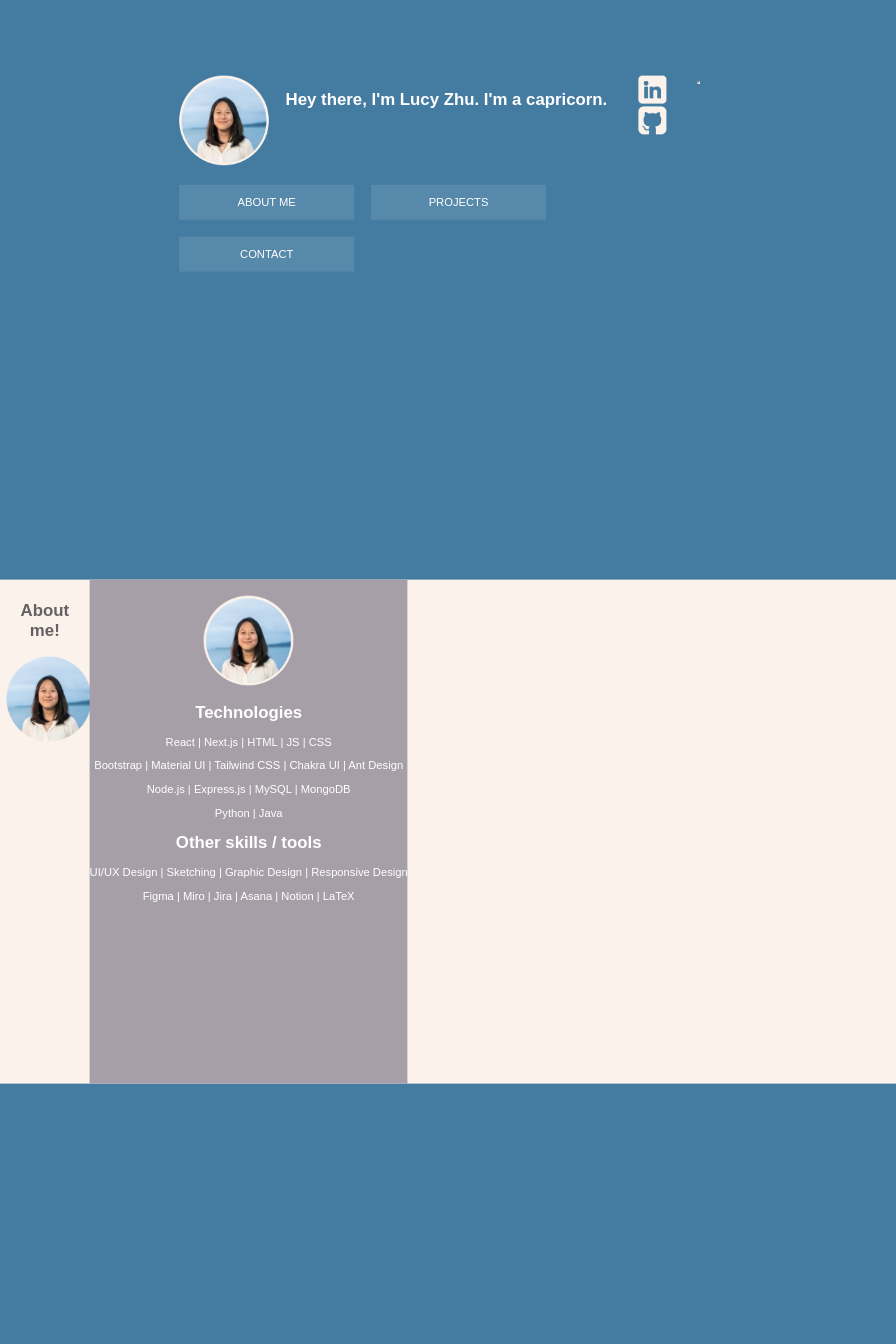
Repository: lukisoo/lukisoo-portfolio
Page: /
These files come from the project's save history. The page is drawn as it stood at one moment and after the next save; the edit follows.
The browser window is 1280 px wide. The pictures show the part of the page from y = 0 to 1920 px (the page is 2988 px tall), at 70% of full size.
The project was rebuilt for these pictures with package versions that can differ from the ones it lists, and the page was loaded fresh each time.

Above is the page before, as saved 2022-07-31 07:05:58.

### public/index.html
<!DOCTYPE html>
<html lang="en">
  <head>
    <meta charset="utf-8" />
    <link rel="icon" href="%PUBLIC_URL%/favicon.ico" />
    <meta name="viewport" content="width=device-width, initial-scale=1" />
    <meta name="theme-color" content="#000000" />
    <meta
      name="description"
      content="Web site created using create-react-app"
    />
    <link rel="apple-touch-icon" href="%PUBLIC_URL%/logo192.png" />
    <!--
      manifest.json provides metadata used when your web app is installed on a
      user's mobile device or desktop. See https://developers.google.com/web/fundamentals/web-app-manifest/
    -->
    <link rel="manifest" href="%PUBLIC_URL%/manifest.json" />
    <!--
      Notice the use of %PUBLIC_URL% in the tags above.
      It will be replaced with the URL of the `public` folder during the build.
      Only files inside the `public` folder can be referenced from the HTML.

      Unlike "/favicon.ico" or "favicon.ico", "%PUBLIC_URL%/favicon.ico" will
      work correctly both with client-side routing and a non-root public URL.
      Learn how to configure a non-root public URL by running `npm run build`.
    -->
    <title>Lucy Zhu's Portfolio</title>
  </head>
  <body>
    <noscript>You need to enable JavaScript to run this app.</noscript>
    <div id="root"></div>
    <!--
      This HTML file is a template.
      If you open it directly in the browser, you will see an empty page.

      You can add webfonts, meta tags, or analytics to this file.
      The build step will place the bundled scripts into the <body> tag.

      To begin the development, run `npm start` or `yarn start`.
      To create a production bundle, use `npm run build` or `yarn build`.
    -->
  </body>
</html>

### src/index.js
import React from "react";
import {
  BrowserRouter as Router,
  Route,
  BrowserRouter,
} from "react-router-dom";
import ReactDOM from "react-dom/client";
import "./index.css";
import App from "./App";
import reportWebVitals from "./reportWebVitals";

const root = ReactDOM.createRoot(document.getElementById("root"));
root.render(
  <React.StrictMode>
    <BrowserRouter>
        <App />
    </BrowserRouter>
  </React.StrictMode>
);

// If you want to start measuring performance in your app, pass a function
// to log results (for example: reportWebVitals(console.log))
// or send to an analytics endpoint. Learn more: https://bit.ly/CRA-vitals
reportWebVitals();

### src/index.css
@import url('https://fonts.googleapis.com/css2?family=Source+Sans+Pro:ital,wght@0,200;0,300;0,400;0,600;0,700;0,900;1,200;1,300;1,400;1,600;1,700;1,900&display=swap');

body {
  margin: 0;
  /* font-family: -apple-system, BlinkMacSystemFont, 'Segoe UI', 'Roboto', 'Oxygen',
    'Ubuntu', 'Cantarell', 'Fira Sans', 'Droid Sans', 'Helvetica Neue',
    sans-serif; */
    font-family: arial;
  -webkit-font-smoothing: antialiased;
  -moz-osx-font-smoothing: grayscale;
  background-color: #447BA1;
  color: white;
  /* font-family: 'Source Sans Pro', sans-serif; */
  overflow-x: hidden;
}

code {
  font-family: source-code-pro, Menlo, Monaco, Consolas, 'Courier New',
    monospace;
}

a {
  text-decoration: none;
}

### src/App.js
import "./App.css";

import { Link } from "react-router-dom";
import Grid from "@mui/material/Grid";

import ProfilePhoto from "./images/header/profile-photo.png";
import LinkedinLogo from "./images/header/linkedin-logo.png";
import GithubLogo from "./images/header/github-logo.png";

import Laptop from "./images/about-me/laptop.gif";

function App() {
  return (
    <div className="App">
      <header className="full-section">
        <div className="header-content">
          <Grid container spacing={3}>
            <Grid item xs={12} md={12}>
              <img
                src={ProfilePhoto}
                className="profile-photo"
                alt="Profile Photo"
              />
            </Grid>
            <Grid item xs={12} md={12}>
              <h2>Hey there, I'm Lucy Zhu. I'm a capricorn.</h2>
            </Grid>
            <Grid item xs={12} md={12}>
              <a href="https://www.linkedin.com/in/lucyzhu613/">
                {" "}
                <img
                  src={LinkedinLogo}
                  className="social-logo"
                  alt="Linkedin Logo"
                />
              </a>
              <a href="https://github.com/lukisoo">
                <img
                  src={GithubLogo}
                  className="social-logo"
                  alt="Github Logo"
                />
              </a>
            </Grid>
            <Grid item xs={12} md={12}>
              <hr className="header-divider" />
            </Grid>
            <Grid item xs={12} md={4}>
              <a href="#about-me-section">
                <div className="box-1">
                  <div className="btn btn-one">
                    <span>ABOUT ME</span>
                  </div>
                </div>
              </a>
            </Grid>
            <Grid item xs={12} md={4}>
              <a href="#projects-section">
                <div className="box-1">
                  <div className="btn btn-one">
                    <span>PROJECTS</span>
                  </div>
                </div>
              </a>
            </Grid>
            <Grid item xs={12} md={4}>
              <a href="#contact-section">
                <div className="box-1">
                  <div className="btn btn-one">
                    <span>CONTACT</span>
                  </div>
                </div>
              </a>
            </Grid>
          </Grid>
        </div>
      </header>

      <section id="about-me-section" className="full-section">
        <div className="about-me-content">
          <Grid container spacing={0}>
            <Grid item xs={12} md={4}>
              <div className="about-me-left">
                <div className="details-content">
                <h1>About me!</h1>
                  <img
                    src={ProfilePhoto}
                    className="profile-photo"
                    alt="Profile Photo"
                  />
                </div>
              </div>
            </Grid>
            <Grid item xs={12} md={8}>
              <div className="about-me-right">
                <div className="skills-content">
                <img
                src={ProfilePhoto}
                className="profile-photo"
                alt="Profile Photo"
              />
                  <h2>Technologies</h2>
                  <p>React | Next.js | HTML | JS | CSS</p>
                  <p>
                    Bootstrap | Material UI | Tailwind CSS | Chakra UI | Ant
                    Design
                  </p>
                  <p>Node.js | Express.js | MySQL | MongoDB</p>
                  <p>Python | Java</p>
                  <h2>Other skills / tools</h2>
                  <p>UI/UX Design | Sketching | Graphic Design | Responsive Design</p>
                  <p>Figma | Miro | Jira | Asana | Notion | LaTeX</p>
                </div>

                {/* <Grid container spacing={2}>
                  <Grid item xs={6} md={8}>
                    <p>hey</p>
                  </Grid>
                  <Grid item xs={6} md={4}>
                    <p>hey</p>
                  </Grid>
                </Grid> */}
              </div>
            </Grid>
          </Grid>
        </div>
      </section>

      <section id="projects-section" className="full-section">
        <div>
          <Grid container spacing={2}>
            <Grid item xs={6} md={8}></Grid>
            <Grid item xs={6} md={4}></Grid>
            <Grid item xs={6} md={4}></Grid>
            <Grid item xs={6} md={8}></Grid>
          </Grid>
        </div>
      </section>

      <section id="contact-section" className="full-section">
        <div>
          {" "}
          <Grid container spacing={2}>
            <Grid item xs={6} md={8}></Grid>
            <Grid item xs={6} md={4}></Grid>
            <Grid item xs={6} md={4}></Grid>
            <Grid item xs={6} md={8}></Grid>
          </Grid>
        </div>
      </section>
    </div>
  );
}

export default App;

### src/App.css
.App {
  text-align: center;
  margin: 0;
}

/* Section Content */
.full-section {
  height: 100vh;
  width: 100vw;
}

/* Buttons */
.box-1 {
  /* background-color: hsl(0, 100%, 70%);  */
  width: 250px;
  margin: auto;
}

.btn {
	line-height: 50px;
	height: 50px;
	text-align: center;
	width: 250px;
	cursor: pointer;
}

.btn-one {
	color: #FFF;
	transition: all 0.3s;
	position: relative;
}
.btn-one span {
	transition: all 0.3s;
}
.btn-one::before {
	content: '';
	position: absolute;
	bottom: 0;
	left: 0;
	width: 100%;
	height: 100%;
	z-index: 1;
	opacity: 0;
	transition: all 0.3s;
	border-top-width: 1px;
	border-bottom-width: 1px;
	border-top-style: solid;
	border-bottom-style: solid;
	border-top-color: rgba(255,255,255,0.5);
	border-bottom-color: rgba(255,255,255,0.5);
	transform: scale(0.1, 1);
}
.btn-one:hover span {
	letter-spacing: 2px;
}
.btn-one:hover::before {
	opacity: 1;
	transform: scale(1, 1);
}
.btn-one::after {
	content: '';
	position: absolute;
	bottom: 0;
	left: 0;
	width: 100%;
	height: 100%;
	z-index: 1;
	transition: all 0.3s;
	background-color: rgba(255,255,255,0.1);
}
.btn-one:hover::after {
	opacity: 0;
	transform: scale(0.1, 1);
}

/* Header CSS */
.header-content {
  width: 60vw;
  height: 70vh;
  margin: 0 auto 0 auto;
  margin-top: 15vh;
  /* background-color: red; */
}

.header-divider {
  color: white;
  border-width: 2px;
}

.profile-photo {
  width: 10vw;
  height: auto;
}

.social-logo {
  width: 40px;
  height: auto;
  padding: 0 1% 0 1%;
}

.social-logo:hover {
  opacity: 0.8;
  cursor: pointer;
}

/* About Me CSS */
#about-me-section {
  background-color: #FBF2EB;
}

.about-me-content {
  height: 100vh;
  width: 100vw;
}

.about-me-left {

}

.details-content {
  padding: 8% 5% 8% 5%;
  color: #646064;
}

.about-me-right {
  background-color: #A79FA7;
  height: 100vh;

}

.skills-content {
  padding: 5% 0 5% 0;
}

/* Projects CSS */

/* Contact CSS */

#contact-section {
  background-color: #FBF2EB;
}

Loaded but not shown: src/reportWebVitals.js (common file)

After the next save:
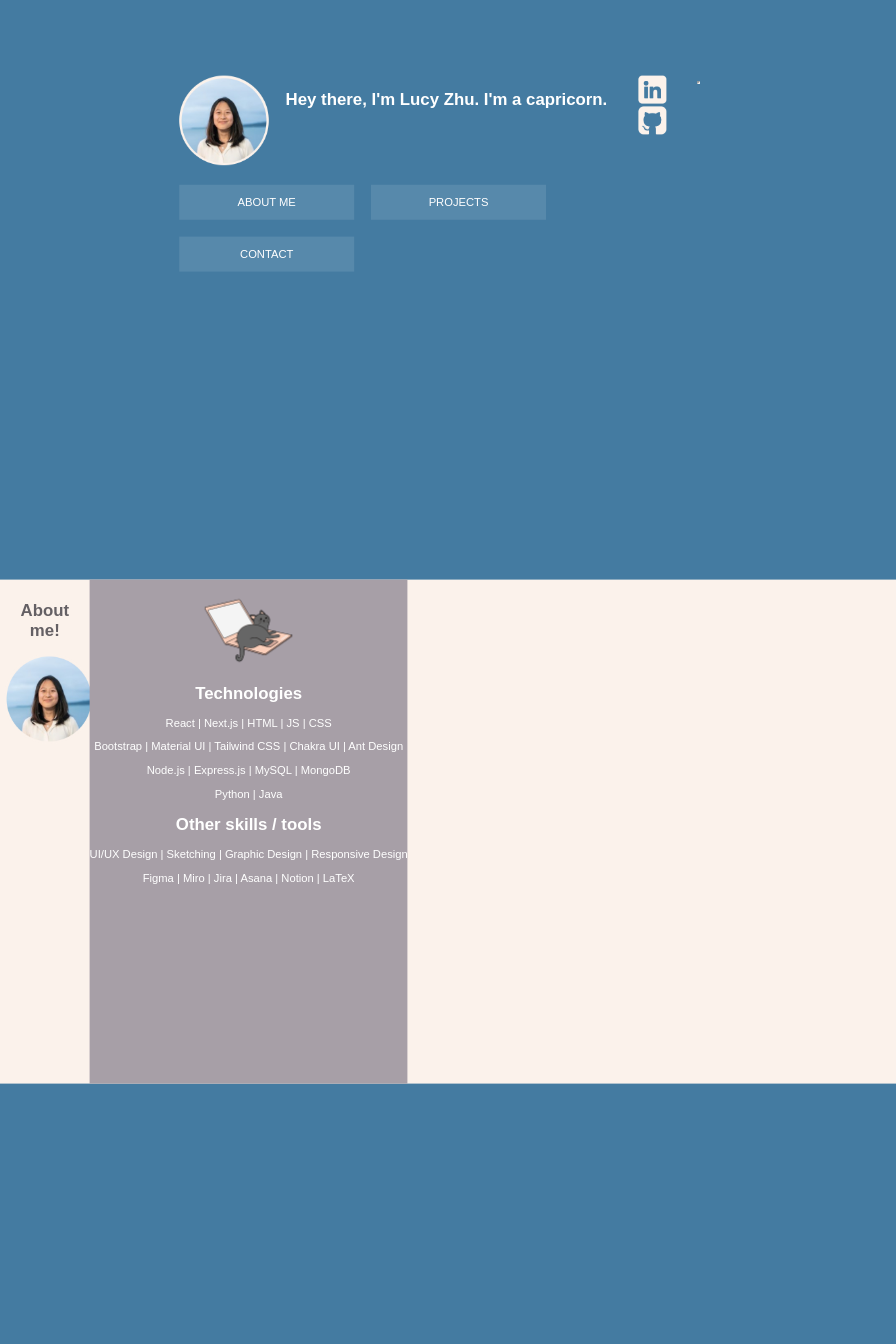
Saved 9 s later.
--- a/src/App.js
+++ b/src/App.js
@@ -95,9 +95,9 @@ function App() {
               <div className="about-me-right">
                 <div className="skills-content">
                 <img
-                src={ProfilePhoto}
+                src={Laptop}
                 className="profile-photo"
-                alt="Profile Photo"
+                alt="Laptop"
               />
                   <h2>Technologies</h2>
                   <p>React | Next.js | HTML | JS | CSS</p>
